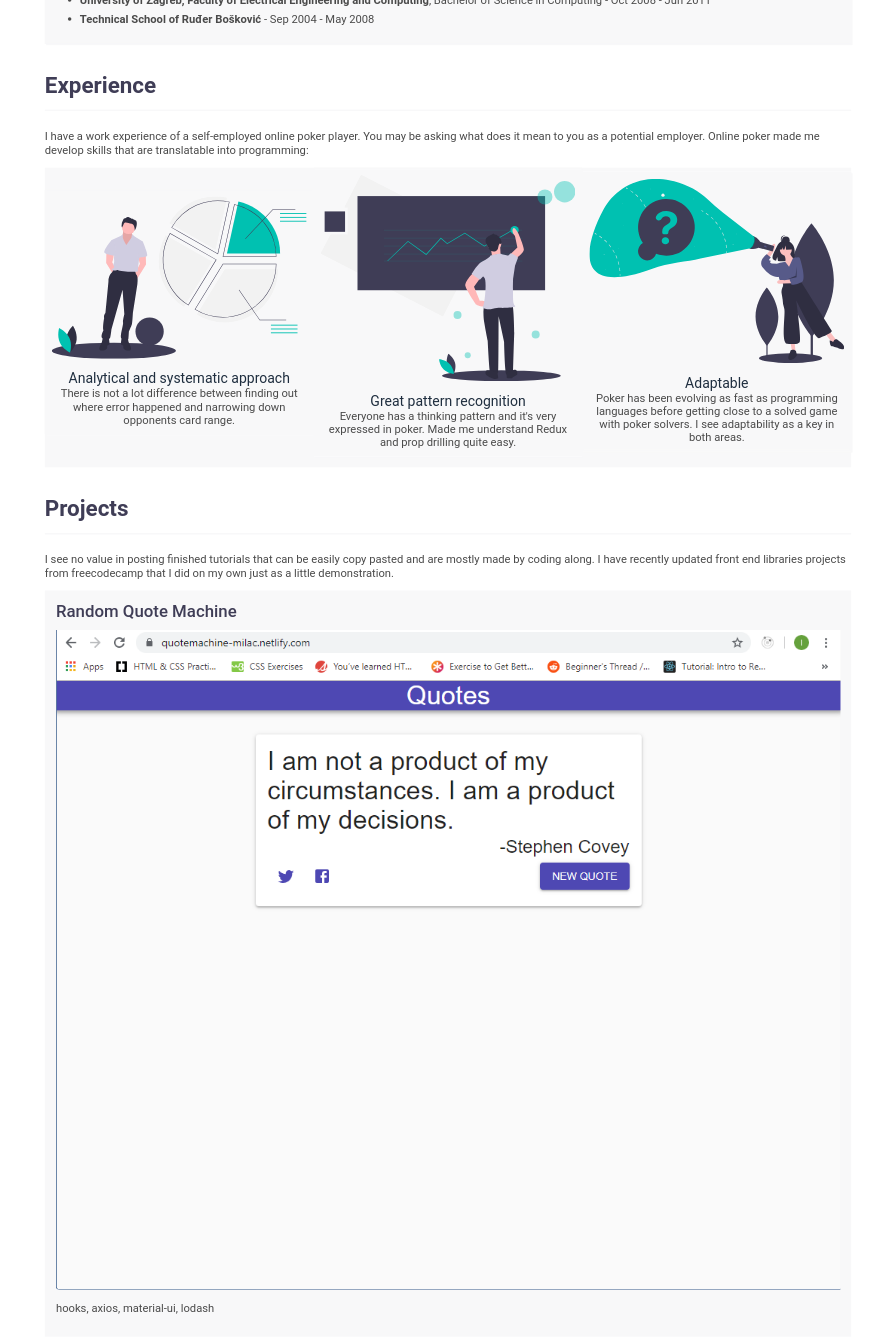
Repository: milac0/my-website
Page: /
The author's editor kept a copy of each file at every save. The page is drawn from the files as they stood at one save, then again after the next save.
The browser window is 1280 px wide. The pictures show the part of the page from y = 1121 to 3041 px (the page is 6760 px tall before and 6734 px after), at 70% of full size.
The project was rebuilt for these pictures with package versions that can differ from the ones it lists, and the page was loaded fresh each time. Also part of the build but not shown: src/components/formContact.module.css, src/components/FormContact.js, src/pages/contact.module.css, src/pages/Contact.js. Imported but missing from the stored project, and not drawn on this page: src/resume.pdf.

Above is the page before, as saved 2019-10-24 20:40:26.

### public/index.html
<!DOCTYPE html>
<html lang="en">
  <head>
    <meta charset="utf-8" />
    <link rel="icon" href="%PUBLIC_URL%/favicon.ico" />
    <meta name="viewport" content="width=device-width, initial-scale=1" />
    <meta name="theme-color" content="#000000" />
    <meta
      name="description"
      content="Web site created using create-react-app"
    />
    <!--
      manifest.json provides metadata used when your web app is installed on a
      user's mobile device or desktop. See https://developers.google.com/web/fundamentals/web-app-manifest/
    -->
    <link rel="manifest" href="%PUBLIC_URL%/manifest.json" />
    <!--
      Notice the use of %PUBLIC_URL% in the tags above.
      It will be replaced with the URL of the `public` folder during the build.
      Only files inside the `public` folder can be referenced from the HTML.

      Unlike "/favicon.ico" or "favicon.ico", "%PUBLIC_URL%/favicon.ico" will
      work correctly both with client-side routing and a non-root public URL.
      Learn how to configure a non-root public URL by running `npm run build`.
    -->
    <title>Mile Balenovic</title>
  </head>
  <body>
    <noscript>You need to enable JavaScript to run this app.</noscript>
    <div id="root"></div>
    <!--
      This HTML file is a template.
      If you open it directly in the browser, you will see an empty page.

      You can add webfonts, meta tags, or analytics to this file.
      The build step will place the bundled scripts into the <body> tag.

      To begin the development, run `npm start` or `yarn start`.
      To create a production bundle, use `npm run build` or `yarn build`.
    -->
  </body>
</html>

### src/index.css
html, body {
  height: 100%;
}

body {
  display: flex;
  flex-direction: column;
}

body {
  margin: 0;
  font-family: 'Roboto', sans-serif;
  -webkit-font-smoothing: antialiased;
  -moz-osx-font-smoothing: grayscale;
}

/*****
  Navbar & Hero
*****/

header,
.hero {
  background:#3F3D56;
  border-bottom: 0.1px solid #ffffff;
  text-align: center;
}

.hero {
  margin-bottom: 2em;
}

.container {
  width: 90%;
  max-width: 1200px;
  margin: 0 auto;
}

nav li {
  list-style: none;
  display: flex;
  justify-content: space-evenly;
  align-items: center;
}

.nav-item:hover {
  filter: invert(0.1);
}
nav ul {
  padding: 0;
}

.hero {
  margin-bottom: 2.5em;
}

.hero-profile {
  padding: 3em 0;
}

.hero-profile img {
  margin-bottom: 0.5em;
}

.hero-profile-title,
.hero-profile-subtitle {
  color: #ffffff;
}

.hero-profile h1 {
  margin: 0;
  font-size: 2rem;
}

.hero-profile p {
  font-size: 1rem;
  margin: 0;
  margin-top: -0.25rem;
  margin-bottom: 1.5em;
}

.hero-profile-subtitle strong {
  font-weight: 700;
  color: #61dafb;
}

.button-cta,
.button-home {
  background: #00AEA0;
  color: #1f2e3f;
  padding: 0.75em 2em;
  border: none;
  border-radius: 20px;
  font-size: 1rem;
  font-weight: 700;
  text-decoration: none;
}

.button-cta:hover,
.button-cta:focus {
  background: #00C1B1;
  color: #1f2e3f;
  cursor: pointer;
}

.button-home {
  background: #ffffff;
  border: 2px solid #1f2e3f;
  padding: 0.3em 1em;
}

.button-home:hover,
.button-home:focus {
  border: 2px solid #ffffff;
 filter: invert(0.1);
}


/*****
  Typography
*****/

h1 {
  color: #3F3D56;
}

h2 {
  color: #3F3D56;
  font-size: 1.5rem;
  font-weight: 500;
  margin: 0;
}

p,
ul {
  color: #4a4a4a;
}

.section-skill h2 {
  color: #1F2E3F;
  font-size: 1.25rem;
  font-weight: 400;
  margin: 0;
}

.section-body {
  font-size: 1rem;
  margin-bottom: 1em;
}

#section-cta .section-title,
#section-cta .section-body {
  color: #ffffff;

}

/*****
  Layout
*****/
section {
  margin-bottom: 2.5em;
}

.section-title {
  border-bottom: 2px solid #F8F8F9;
  font-size: 2rem;
  padding-bottom: 0.5em;
}

.article-education,
.section-skill {
  box-shadow: 2px 2px #F8F8F9;
  border: 2px solid #F8F8F9;
  margin-bottom: 1em;
  padding: 0.5em;
}

.article-education li{
  margin-bottom: 0.5em;
}

.section-skill {
  background: #F8F8F9;
  text-align: center;
}

.section-skill p {
  margin: 0;
}

.section-skill-image {
  display: block;
  margin: 0 auto 1em auto;
  max-width: 400px;
  width: 100%;
}

article {
  background: #F8F8F9;
  padding: 1em;
  margin-bottom: 1em;
}

article h2 {
  margin-bottom: 0.5em;
}

.project-image {
  display: block;
  width: 100%;
  cursor: pointer;
  border-left: 1px solid #19427A;
  border-bottom: 1px solid #19427A;
  border-radius: 0 0 0 5px;
}

.project-image:hover {
  filter: invert(0.1);
}


#section-cta {
  padding-bottom: 5em;
  background: #3F3D56;
}

#section-cta{
  text-align: center;
  padding: 0.5em;
}

#section-cta .button-cta {
  margin: 1em 0 2em 0;
}

footer {
  background: #F8F8F9;
  padding: 3em 0;
  width: 100%;
  text-align: center;
  flex-shrink: 0;
}

.invalid-feedback {
  color: #D8000C;
  font-size: 0.75rem;
  font-family: 'Roboto', sans-serif;
}

@media (min-width: 752px) {
  .section-skills {
    background: #F8F8F9;
    display: flex;
    flex-direction: row;
    align-items: center;

  }
  .section-skill {
    flex: 1 1 30%;
      }
}

### src/App.js
import React from 'react';
import {
  BrowserRouter as Router,
  Switch,
  Route,
} from "react-router-dom";
import Home from './pages/Home'
import Contact from './pages/Contact';

function App() {
  return (
      <Router>
        <Switch>
        <Route path ="/" exact component={Home} />
        <Route path ="/contact" component={Contact} />
        </Switch>
      </Router>

  );
}

export default App;

### src/pages/Home.js
import React, { Fragment } from "react";
import Navbar from "../components/Navbar";
import Hero from "../components/Hero";
import AboutMe from "../components/AboutMe";
import Education from "../components/Education";
import Experience from "../components/Experience";
import Projects from "../components/Projects";
import SectionCTA from "../components/SectionCTA";
import Footer from "../components/Footer";

const Home = () => {
  return (
    <Fragment>
      <Navbar />
      <Hero />
      <main>
        <div className="container">
          <AboutMe />
          <Education />
          <Experience />
          <Projects />
          <SectionCTA />
        </div>
      </main>
      <Footer />
    </Fragment>
  );
};

export default Home;

### src/components/Navbar.js
import React from "react";
import { Link } from "react-router-dom";

import resumeIcon from "../images/resume.png";
import linkedinIcon from "../images/linkedin.png";
import githubIcon from "../images/github.png";
import homeIcon from "../images/home.png";
import resumePdf from "../resume.pdf";

//mui
import Tooltip from "@material-ui/core/Tooltip";

const Navbar = () => {
  return (
    <header>
      <div className="container">
        <nav>
          <li>
            <ul>
              <Tooltip title="Home">
                <Link to="/">
                  <img className="nav-item" src={homeIcon} alt="home" />
                </Link>
              </Tooltip>
            </ul>
            <ul>
              <Tooltip title="Resume">
                <a href={resumePdf} download target="_self">
                  <img className="nav-item" src={resumeIcon} alt="resume" />
                </a>
              </Tooltip>
            </ul>
            <ul>
              <Tooltip title="Linkedin">
                <a
                  href="https://www.linkedin.com/in/mile-balenovi%C4%87-a4ab9188/"
                  target="_blank"
                  rel="noopener noreferrer"
                >
                  <img className="nav-item" src={linkedinIcon} alt="linkedin" />
                </a>
              </Tooltip>
            </ul>
            <ul>
              <Tooltip title="Github">
                <a
                  href="https://github.com/milac0"
                  target="_blank"
                  rel="noopener noreferrer"
                >
                  <img className="nav-item" src={githubIcon} alt="github" />
                </a>
              </Tooltip>
            </ul>
          </li>
        </nav>
      </div>
    </header>
  );
};

export default Navbar;

### src/components/Hero.js
import React from "react";
import { Link } from "react-router-dom";
import LazyLoad from "react-lazyload";
import profileImg from "../images/profile.png";

const Hero = () => {
  return (
    <div className="hero">
      <div className="container">
        <div className="hero-profile">
          <img src={profileImg} className="hero-profile-image" alt="profile" />
          <h1 className="hero-profile-title">Mile Balenovic</h1>
          <p className="hero-profile-subtitle">
            Switching career to <strong>React</strong> development
          </p>
          <Link to="/contact">
            <button className="button-cta">Contact Me!</button>
          </Link>
        </div>
      </div>
    </div>
  );
};

export default Hero;

### src/components/AboutMe.js
import React from "react";

const AboutMe = () => {
  return (
    <section>
      <h1 className="section-title">About Me</h1>
      <p className="section-body">
        <strong>
          Master of Science in Information and communication technology.
        </strong>{" "}
        Constant learning and skill growth is what motivates me, while
        problem-solving and overcoming obstacles excites me. Completely involved
        in JavaScript upon ending online poker career in March 2019.
      </p>
    </section>
  );
};

export default AboutMe;

### src/components/Education.js
import React from "react";

const Education = () => {
  return (
    <section>
      <h1 className="section-title">Education</h1>
      <article className="article-education">
        <h2>Informal education</h2>
        <p>
          Internet is full of programming materials. Sites listed down below
          helped me learn a lot about
          <strong> HTML</strong>, <strong>CSS</strong>,{" "}
          <strong>JavaScript</strong>,<strong> React</strong> and a little bit
          about other technologies from the ground up.
        </p>
        <ul>
          <li>freeCodeCamp.org</li>
          <li>Udemy courses from Andrew Mead and Maximilian Schwarzmüller</li>
          <li>
            Youtube tutorials from channels: classNameed, The Net Ninja, Travery
            Media{" "}
          </li>
          <li>MDN</li>
          <li>W3Schools</li>
          <li>stackoverflow</li>
        </ul>
      </article>
      <article className="article-education">
        <h2>Formal Education</h2>
        <ul>
          <li>
            <strong>
              University of Zagreb, Faculty of Electrical Engineering and
              Computing
            </strong>
            , Master of Science in Information and communication technology -
            Oct 2011 - Sep 2014
          </li>
          <li>
            <strong>
              University of Zagreb, Faculty of Electrical Engineering and
              Computing
            </strong>
            , Bachelor of Science in Computing - Oct 2008 - Jun 2011
          </li>
          <li>
            <strong>Technical School of Ruđer Bošković</strong> - Sep 2004 - May
            2008
          </li>
        </ul>
      </article>
    </section>
  );
};

export default Education;

### src/components/Experience.js
import React from "react";
import LazyLoad from "react-lazyload";
import analyticalImg from "../images/analytical.svg";
import patternImg from "../images/pattern.svg";
import adaptiveImg from "../images/adaptive.svg";

const Experience = () => {
  return (
    <section>
      <h1 className="section-title">Experience</h1>
      <p className="section-body">
        I have a work experience of a self-employed online poker player. You may
        be asking what does it mean to you as a potential employer. Online poker
        made me develop skills that are translatable into programming:
      </p>
      <div className="section-skills">
      <div className="section-skill">
        <LazyLoad height={200}>
          <img
            className="section-skill-image"
            src={analyticalImg}
            alt="analytical"
          />
        </LazyLoad>
        <h2>Analytical and systematic approach</h2>
        <p>
          There is not a lot difference between finding out where error happened
          and narrowing down opponents card range.
        </p>
      </div>
      <div className="section-skill">
        <LazyLoad height={200}>
          <img className="section-skill-image" src={patternImg} alt="pattern" />
        </LazyLoad>
        <h2>Great pattern recognition</h2>
        <p>
          Everyone has a thinking pattern and it's very expressed in poker. Made
          me understand Redux and prop drilling quite easy.
        </p>
      </div>
      <div className="section-skill">
        <LazyLoad height={200}>
          <img className="section-skill-image" src={adaptiveImg} alt="" />
        </LazyLoad>
        <h2>Adaptable</h2>
        <p>
          Poker has been evolving as fast as programming languages before
          getting close to a solved game with poker solvers. I see adaptability
          as a key in both areas.
        </p>
      </div>
      </div>
    </section>
  );
};

export default Experience;

### src/components/Projects.js
import React from "react";
import LazyLoad from "react-lazyload";

import quoteImg from "../images/quote.PNG";
import markdownImg from "../images/markdown.PNG";
import pomodoroImg from "../images/pomodoro.PNG";
import drumImg from "../images/drum.PNG";

const Projects = () => {
  return (
    <section>
      <h1 className="section-title">Projects</h1>
      <p className="section-body">
        I see no value in posting finished tutorials that can be easily copy
        pasted and are mostly made by coding along. I have recently updated
        front end libraries projects from freecodecamp that I did on my own just
        as a little demonstration.
      </p>
      <article>
        <h2>Random Quote Machine</h2>
        <a
          href="https://quotemachine-milac.netlify.com/"
          target="_blank"
          rel="noopener noreferrer"
        >
          <LazyLoad>
            <img className="project-image" src={quoteImg} alt="quote-machine" />
          </LazyLoad>
        </a>
        <p>hooks, axios, material-ui, lodash</p>
      </article>
      <article>
        <h2>Markdown Previewer</h2>
        <a
          href="https://markdown-milac.netlify.com/"
          target="_blank"
          rel="noopener noreferrer"
        >
          <LazyLoad>
            <img
              className="project-image"
              src={markdownImg}
              alt="markdown-previewer"
            />
          </LazyLoad>
        </a>
        <p>nothing</p>
      </article>
      <article>
        <h2>Drum Machine</h2>
        <a
          href="https://drummachine-milac.netlify.com/"
          target="_blank"
          rel="noopener noreferrer"
        >
          <LazyLoad>
            <img className="project-image" src={drumImg} alt="drum-machine" />
          </LazyLoad>
        </a>
        <p>hooks, axios, material-ui</p>
      </article>
      <article>
        <h2>Pomodoro Clock</h2>
        <a
          href="https://pomodoro-clo.netlify.com/"
          target="_blank"
          rel="noopener noreferrer"
        >
          <LazyLoad>
            <img
              className="project-image"
              src={pomodoroImg}
              alt="pomodoro clock"
            />
          </LazyLoad>
        </a>
        <p>hooks, axios, material-ui</p>
      </article>
    </section>
  );
};

export default Projects;

### src/components/SectionCTA.js
import React from "react";
import { Link } from "react-router-dom";

const SectionCTA = () => {
  return (
    <section id="section-cta">
      <h1 className="section-title">Do you like what you've read?</h1>
      <p className="section-body">
        I have plenty more to learn and with the guidance of yours more experienced
        employees I'm sure I can contribute to your company in no time.
      </p>
      <Link to="/contact">
        <button className="button-cta">Contact Me!</button>
      </Link>
    </section>
  );
};

export default SectionCTA;

### src/components/Footer.js
import React from "react";

const Footer = () => {
  return (
    <footer>
      <p> Copyright 2019</p>
    </footer>
  );
};

export default Footer;

Loaded but not shown: src/index.js (common file)

After the next save:
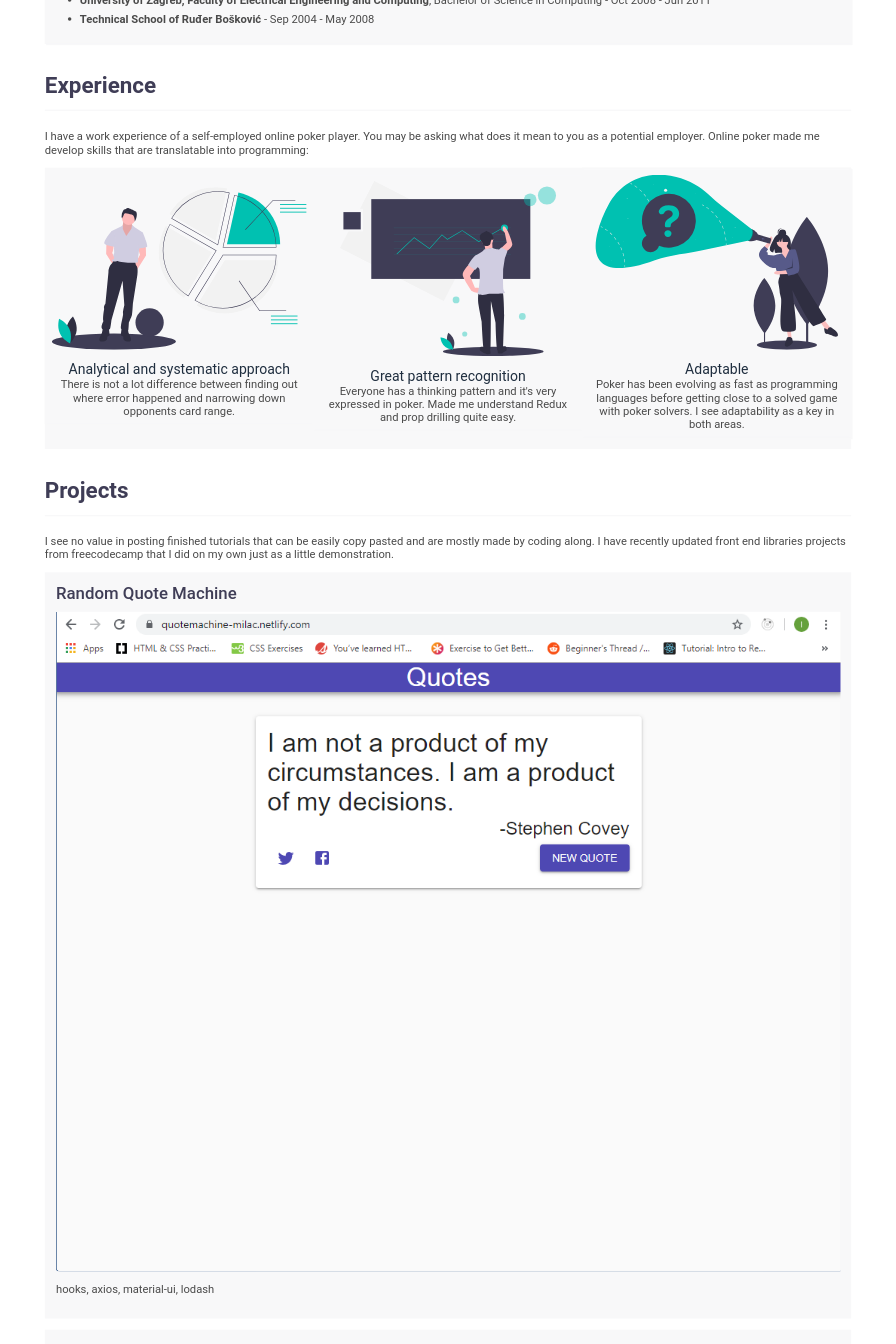
Saved 114 s later.
--- a/src/index.css
+++ b/src/index.css
@@ -191,6 +191,7 @@ section {
   display: block;
   margin: 0 auto 1em auto;
   max-width: 400px;
+  max-height: 250px;
   width: 100%;
 }
 
